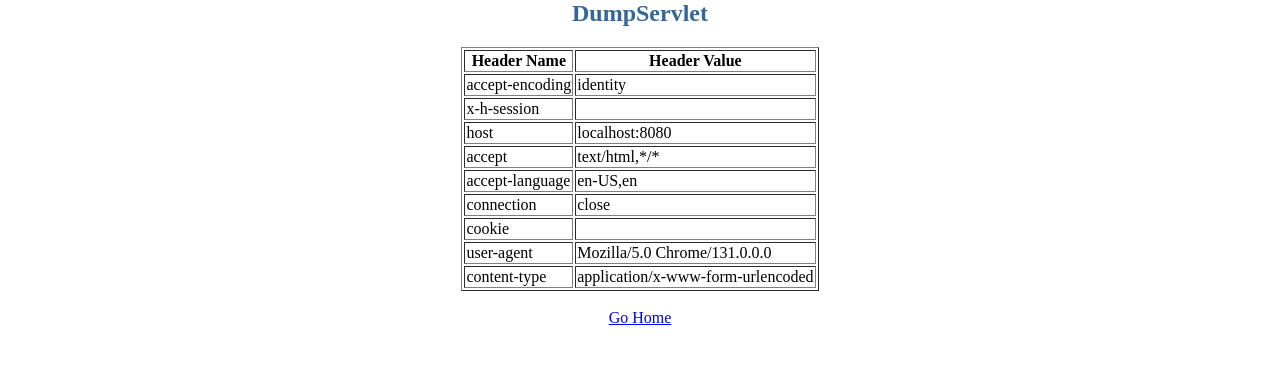
Repository: zoooolander/systex_prac_javaee
Page: http://localhost/myWeb/admin/dump.view
The author's editor kept a copy of each file at every save. The page is drawn from the files as they stood at one save, then again after the next save.
The browser window is 1280 px wide. The pictures show the whole page.
The page is served by Tomcat 10. Other server files are loaded and not shown.

Above is the page before, as saved 2024-09-19 03:08:27.

### myWeb/src/main/java/com/systex/view/DumpServlet.java
package com.systex.view;

import jakarta.servlet.ServletException;
import jakarta.servlet.annotation.WebServlet;
import jakarta.servlet.http.HttpServlet;
import jakarta.servlet.http.HttpServletRequest;
import jakarta.servlet.http.HttpServletResponse;
import java.io.IOException;
import java.io.PrintWriter;
import java.text.SimpleDateFormat;
import java.util.Date;
import java.util.Enumeration;

/**
 * Servlet implementation class DumpServlet
 */
public class DumpServlet extends HttpServlet {
	private static final long serialVersionUID = 1L;

	/**
	 * @see HttpServlet#HttpServlet()
	 */
	public DumpServlet() {
		super();
		// TODO Auto-generated constructor stub
	}

	/**
	 * @see HttpServlet#doGet(HttpServletRequest request, HttpServletResponse
	 *      response)
	 */
	protected void doGet(HttpServletRequest request, HttpServletResponse response)
			throws ServletException, IOException {
		// TODO Auto-generated method stub
		request.setCharacterEncoding("UTF-8");
		response.setContentType("text/html");
		response.setCharacterEncoding("UTF-8");
		PrintWriter out = response.getWriter();
		String croot = request.getContextPath();
		out.println("<html>");
		out.println("<head>");
		out.println("<title>DumpServlet</title>");
		out.println("<link href=\"" + croot + "/style/myStyle.css\" rel=\"stylesheet\"></link>");
		out.println("</head>");
		out.println("<body>");
		out.println("<h2>DumpServlet</h2>");
		Enumeration<String> headerNames = request.getHeaderNames();
		out.println("<table border='1' style='margin:auto'>");
		out.println("<thread><tr><th>Header Name</th><th>Header Value</th></tr></thread>");
		out.println("<tbody>");
		while (headerNames.hasMoreElements()) {
			String headerName = headerNames.nextElement();
			String headerValue = request.getHeader(headerName);
			out.println("<tr><td>" + headerName + "</td><td>" + headerValue + "</td></tr>");
		}
//		for (int i = 1; i <= 9; i++) {
//			out.println("<tr>");
//			for (int j = 1; j <= 9; j++) {
//				out.println("<td>" + i + "*" + j + "=</td><td>" + i * j + "</td>");
//			}
//			out.println("</tr>");
//		}
		out.println("</tbody>");
		out.println("</table>");

		out.println("<br><a href='" + croot + "/'>Go Home</br>");
		out.println("</body>");
		out.println("</html>");
		out.close();
	}

	/**
	 * @see HttpServlet#doPost(HttpServletRequest request, HttpServletResponse
	 *      response)
	 */
	protected void doPost(HttpServletRequest request, HttpServletResponse response)
			throws ServletException, IOException {
		// TODO Auto-generated method stub
		doGet(request, response);
	}

}

### myWeb/src/main/webapp/style/myStyle.css
@charset "UTF-8";

body {
	text-align: center;
	margin: auto;
}

h1,h2 {
	color: #369;
}

After the next save:
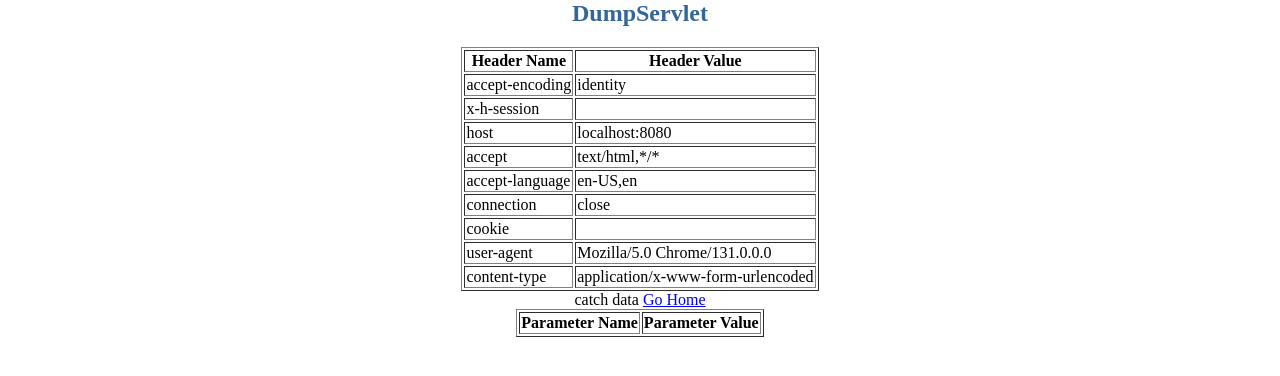
Saved 12 min 7 s later.
--- a/myWeb/src/main/java/com/systex/view/DumpServlet.java
+++ b/myWeb/src/main/java/com/systex/view/DumpServlet.java
@@ -8,6 +8,7 @@ import jakarta.servlet.http.HttpServletResponse;
 import java.io.IOException;
 import java.io.PrintWriter;
 import java.text.SimpleDateFormat;
+import java.util.Arrays;
 import java.util.Date;
 import java.util.Enumeration;
 
@@ -53,15 +54,24 @@ public class DumpServlet extends HttpServlet {
 			String headerValue = request.getHeader(headerName);
 			out.println("<tr><td>" + headerName + "</td><td>" + headerValue + "</td></tr>");
 		}
-//		for (int i = 1; i <= 9; i++) {
-//			out.println("<tr>");
-//			for (int j = 1; j <= 9; j++) {
-//				out.println("<td>" + i + "*" + j + "=</td><td>" + i * j + "</td>");
-//			}
-//			out.println("</tr>");
-//		}
 		out.println("</tbody>");
 		out.println("</table>");
+
+		out.println("catch data");
+		Enumeration<String> paramNames = request.getParameterNames();
+		out.println("<table border='1' style='margin:auto'>");
+		out.println("<thread><tr><th>Parameter Name</th><th>Parameter Value</th></tr></thread>");
+		out.println("<tbody");
+		while (paramNames.hasMoreElements()) {
+			String paramName = paramNames.nextElement();
+			String paramValue;
+			if (paramNames.equals("hobbies")) {
+				paramValue = Arrays.toString(request.getParameterValues(paramName));
+			} else {
+				paramValue = request.getParameter(paramName);
+			}
+			out.println("<tr><td>" + paramName + "</td><td>" + paramValue + "</td><tr>");
+		}
 
 		out.println("<br><a href='" + croot + "/'>Go Home</br>");
 		out.println("</body>");
